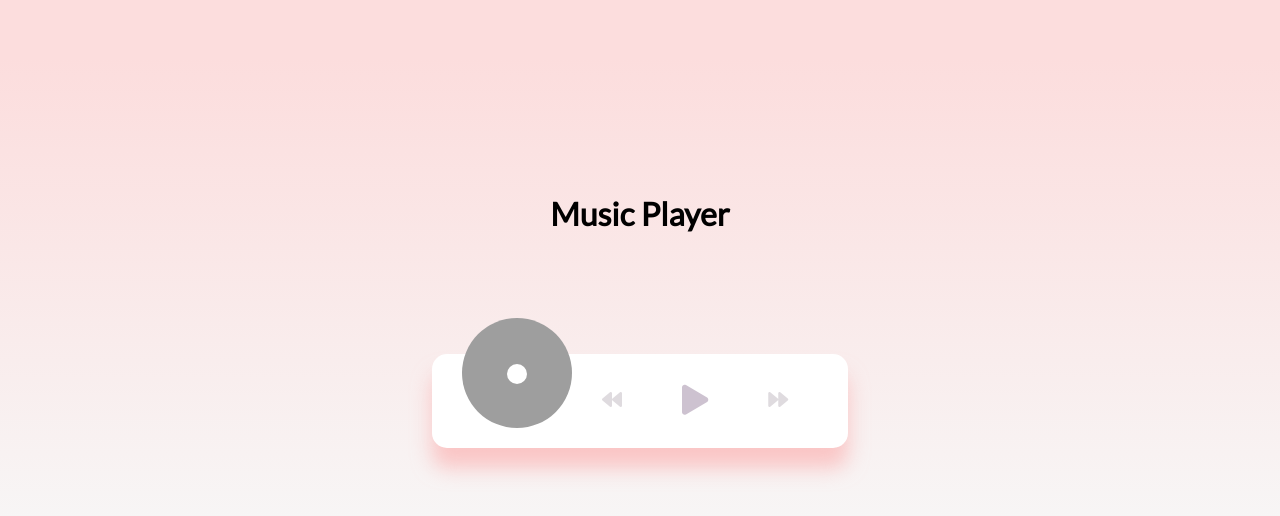
Repository: Youvelop/musicPlayer
Page: index.html
The author's editor kept a copy of each file at every save. The page is drawn from the files as they stood at one save, then again after the next save.
The browser window is 1280 px wide. The pictures show the whole page.
Pictures or frames that could not be fetched are drawn as grey boxes. Some web libraries are served in a nearby version.

Above is the page before, as saved 2020-07-08 09:55:09.

After the next save:
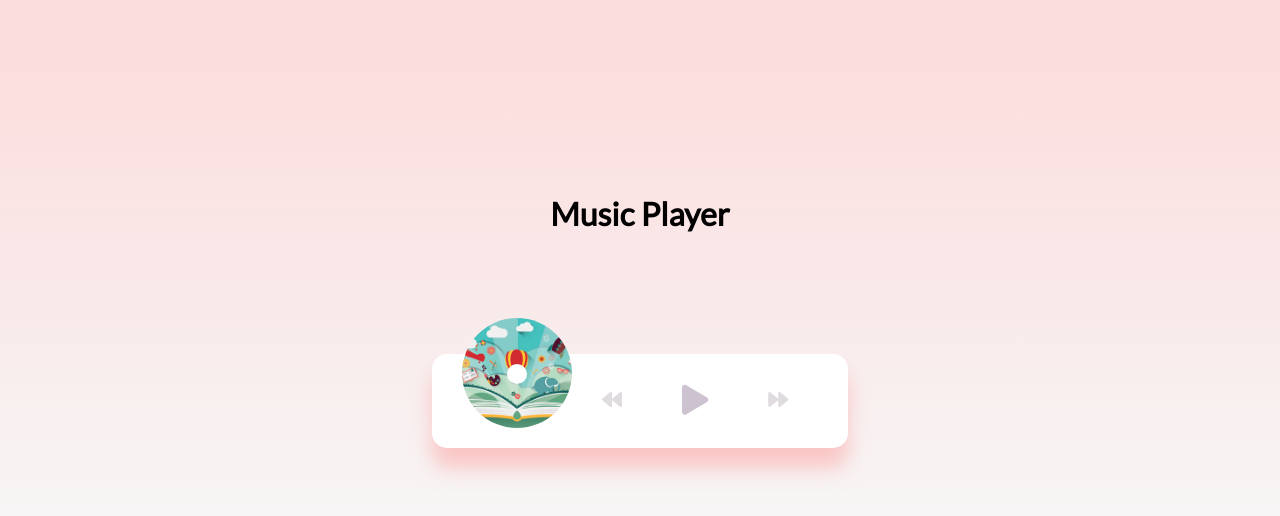
Saved 2 min 47 s later.
--- a/script.js
+++ b/script.js
@@ -10,7 +10,7 @@ const title = document.getElementById('title');
 const cover = document.getElementById('cover');
 
 // Song titles
-const songs = ['hey', 'summer', 'ukelele'];
+const songs = ['hey', 'summer', 'ukulele'];
 
 // keep track of song
 let songIndex = 2;
